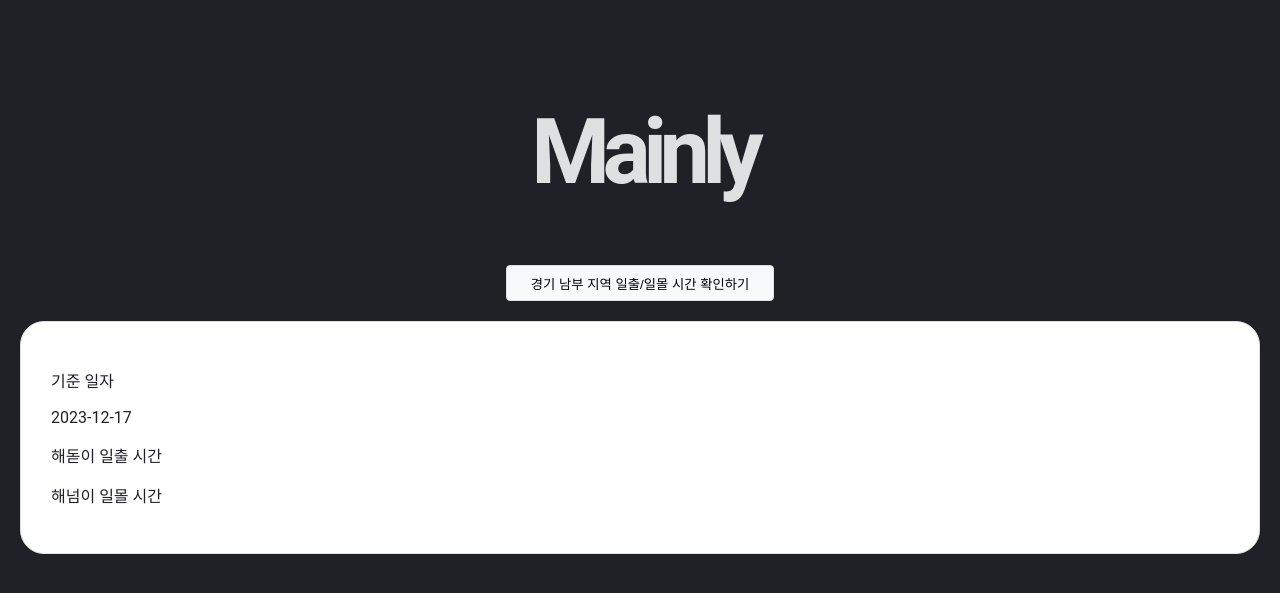
Repository: M1NARTY/WebProgramming
Page: sunsetSunrise.html
The author's editor kept a copy of each file at every save. The page is drawn from the files as they stood at one save, then again after the next save.
The browser window is 1280 px wide. The pictures show the whole page.

Above is the page before, as saved 2023-12-21 01:32:42.

### sunsetSunrise.html
<!DOCTYPE html>
<html lang="en">
    <head>
        <meta charset="UTF-8">
        <title>Mainly Sun</title>
        <link rel="stylesheet" href="css/sunsetSunrise.css">
        <script defer src="js/sun.js"></script>
    </head>
    <body>
        <h1 class="title">
            <span>M</span>
            <span>a</span>
            <span>i</span>
            <span>n</span>
            <span>l</span>
            <span>y</span>
        </h1>
        <div class="button">
            <button type="button" id="btn">경기 남부 지역 일출/일몰 시간 확인하기</button>
        </div>
        <div class="sunBox">
            <dl>
                <p>기준 일자</p>
                <p id="date"><script>
                    var date = new Date();
                    var year = date.getFullYear();
                    var month = ("0" + (1 + date.getMonth())).slice(-2);
                    var day = ("0" + date.getDate()).slice(-2);
                    document.write(year + "-" + month + "-" + day);
                </script></p>
                <p>해돋이 일출 시간</p>
                <p id="riseTime"></p>
                <p>해넘이 일몰 시간</p>
                <p id="setTime"></p>
            </dl>
        </div>
    </body>
</html>

### css/sunsetSunrise.css
body {
    background-color: #202027;
    color: #dfe0e1;
    font-family: "Roboto";
    height: 100%;
    margin: 0;
}

div {
    color: #202027;
}

a {
    text-decoration: none;
    text-decoration-line: none;
    color: #dfe0e1;
}

.title {
    text-align: center;
    margin-top: 100px;
    font-family: "Roboto";
    font-size: 90px;
    font-style: normal;
    font-weight: 600;
    line-height: normal;
    letter-spacing: -15px;
}

.sunBox {
    margin: 20px;
    padding: 30px;
    border: 1px solid #DFE1E5;
    border-radius: 24px;
    background: #FFF;
}

#btn {
    display: flex;
    justify-content: center;
    align-items: center;
    width: 268px;
    height: 36px;
    margin: 0 auto;
    margin-top: 26px;
    border-radius: 4px;
    border: 1px solid #dfe0e1;
    background: #F8F9FA;
    gap: 20px;
}

### js/sun.js
document.addEventListener('DOMContentLoaded', function() {
    document.getElementById('btn').addEventListener('click', function() {
        var url = 'https://api.sunrise-sunset.org/json?lat=37.291111&lng=127.008888&date=today&tzId=Asia/Seoul';

        fetch(url)
            .then((response) => response.json())
            .then((data) => {
                var results = data.results;
                var sunriseTime = '';
                var sunsetTime = '';

                var sunrise = results.sunrise || '데이터 없음';
                var sunset = results.sunset || '데이터 없음';

                sunriseTime += `<p>${sunrise}</p>`;
                sunsetTime += `<p>${sunset}</p>`;

                document.querySelector('#riseTime').innerHTML = sunriseTime;
                document.querySelector('#setTime').innerHTML = sunsetTime;
            });
    });
});

After the next save:
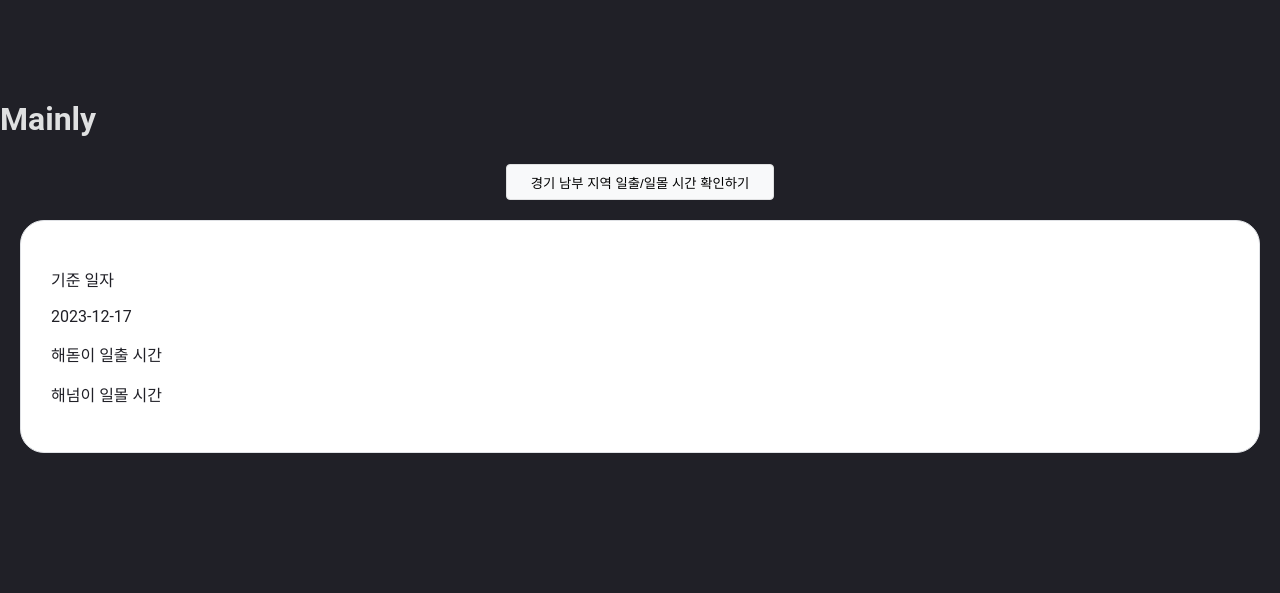
Saved 21 min 7 s later.
--- a/sunsetSunrise.html
+++ b/sunsetSunrise.html
@@ -8,12 +8,7 @@
     </head>
     <body>
         <h1 class="title">
-            <span>M</span>
-            <span>a</span>
-            <span>i</span>
-            <span>n</span>
-            <span>l</span>
-            <span>y</span>
+            <h1><a href="./index.html">Mainly</a></h1>
         </h1>
         <div class="button">
             <button type="button" id="btn">경기 남부 지역 일출/일몰 시간 확인하기</button>
